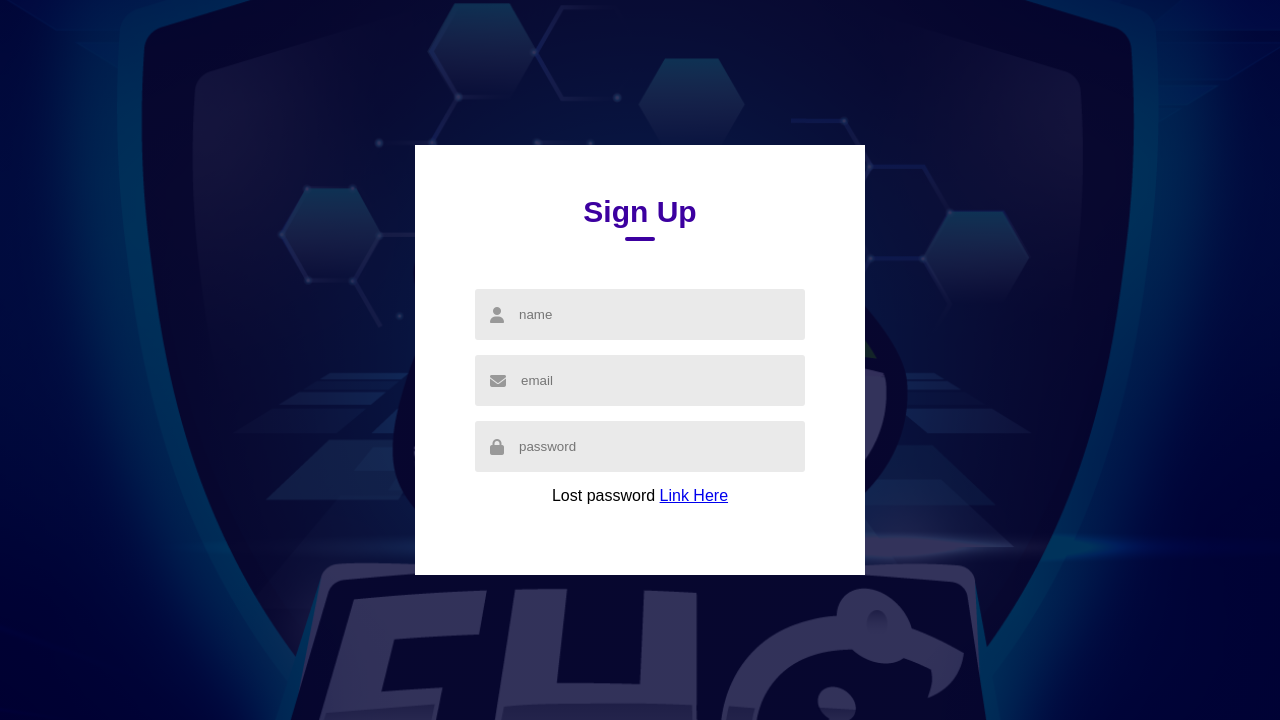
Repository: vietanhlek48/loginProject
Page: index.html
These files come from the project's save history. The page is drawn as it stood at one moment and after the next save; the edit follows.
The browser window is 1280 px wide. The pictures show the whole page.
Some web libraries are served in a nearby version.

Above is the page before, as saved 2023-02-16 00:56:28.

After the next save:
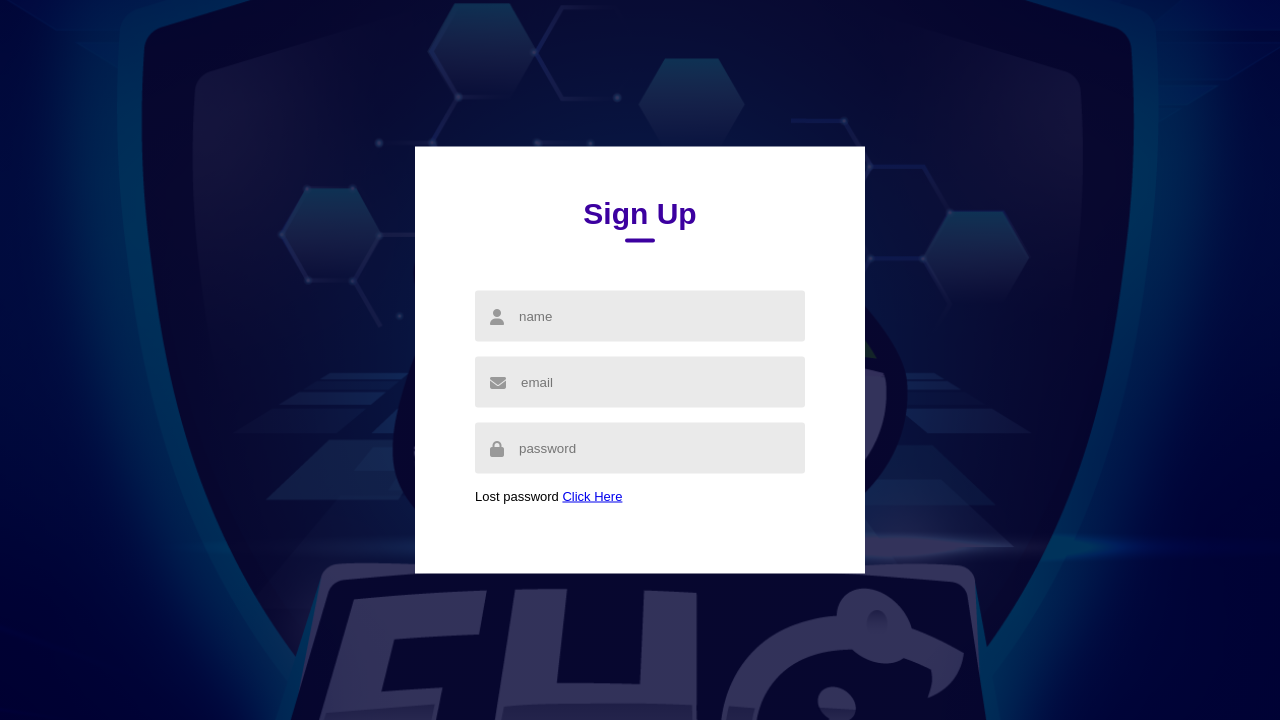
Saved 51 s later.
--- a/index.html
+++ b/index.html
@@ -29,7 +29,7 @@
                         <input type="password" placeholder="password">
                     </div>
                 </div>
-                <p>Lost password <a href="###">Link Here</a></p>
+                <p>Lost password <a href="###">Click Here</a></p>
             </form>
         </div>
 
--- a/style.css
+++ b/style.css
@@ -65,3 +65,8 @@ input{
     margin-left: 15px;
     color: #999;
 }
+
+form p{
+    text-align: left;
+    font-size: 13px;
+}
